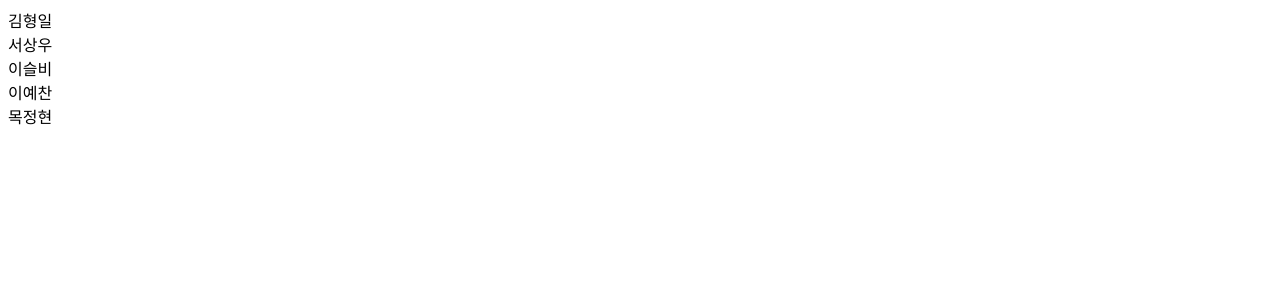
Repository: totesbk/JSP-
Page: http://localhost/web07/ex14.jsp
An editor plug-in stored every save of this project. The page is shown before and after the next save, followed by the edit.
The browser window is 1280 px wide. The pictures show the whole page.
The page is served by Tomcat 9. Other server files are loaded and not shown.

Above is the page before, as saved 2020-10-12 02:15:23.

### web07/WebContent/ex14.jsp
<%@ page language="java" contentType="text/html; charset=UTF-8"
    pageEncoding="UTF-8"%>
<%@ taglib prefix="c" uri="http://java.sun.com/jsp/jstl/core" %>
<!DOCTYPE html>
<html>
<head>
<meta charset="UTF-8">
<title>Insert title here</title>
</head>
<body>
<c:forTokens var="name" items="김형일:서상우:이슬비:이예찬:목정현" delims=":">

${name}<br>
</c:forTokens>
</body>
</html>

After the next save:
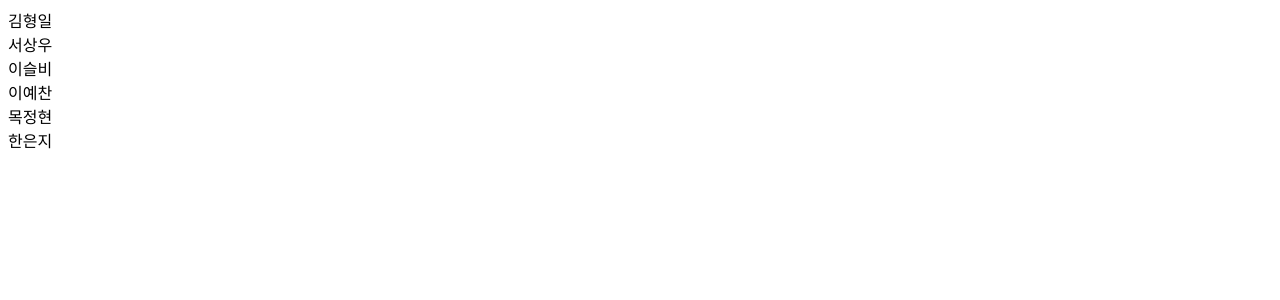
Saved 49 s later.
--- a/web07/WebContent/ex14.jsp
+++ b/web07/WebContent/ex14.jsp
@@ -8,7 +8,7 @@
 <title>Insert title here</title>
 </head>
 <body>
-<c:forTokens var="name" items="김형일:서상우:이슬비:이예찬:목정현" delims=":">
+<c:forTokens var="name" items="김형일:서상우:이슬비:이예찬:목정현:한은지" delims=":">
 
 ${name}<br>
 </c:forTokens>
